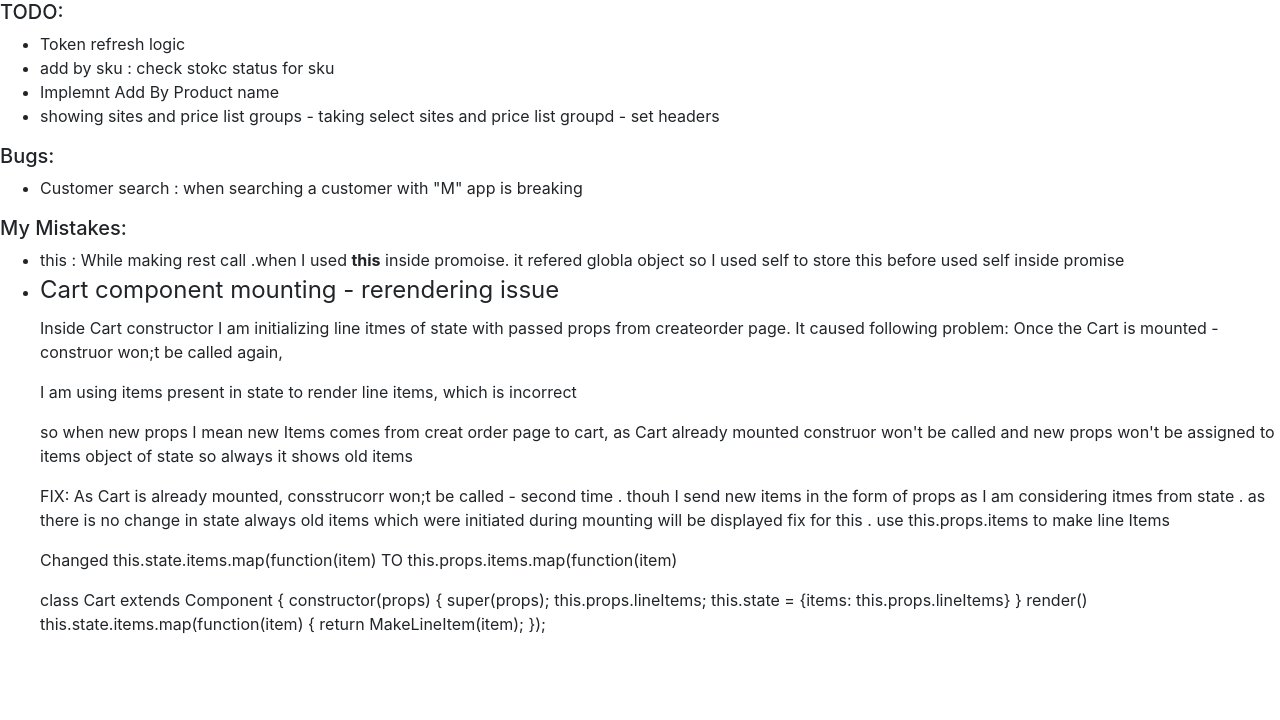
Repository: testtiger/reactagent
Page: /todo
An editor plug-in stored every save of this project. The page is shown before and after the next save, followed by the edit.
The browser window is 1280 px wide. The pictures show the whole page.
The project was rebuilt for these pictures with package versions that can differ from the ones it lists, and the page was loaded fresh each time. Also part of the build but not shown: src/components/Agent/Rest/agent-rest-client.js, src/components/Agent/Dashboard/quicklinks.jsx, src/components/Agent/Dashboard/announcements.jsx, src/components/Agent/Dashboard/recentorders.jsx, src/components/Agent/Dashboard/pendingactions.jsx, src/components/Agent/Dashboard/DashboardPage.jsx, src/components/Agent/Shared/Navigation.jsx, src/components/Agent/Login/loginpage.jsx and 12 more.

Above is the page before, as saved 2018-12-15 16:50:19.

After the next save:
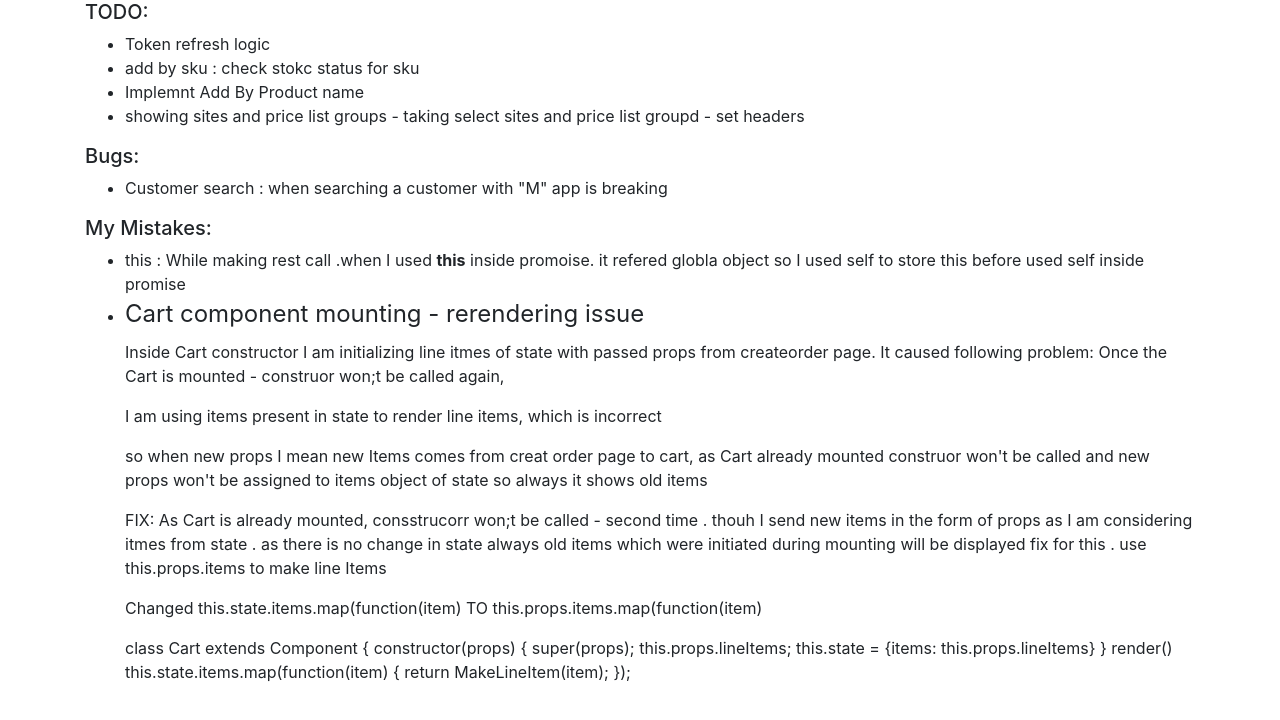
Saved 18 s later.
--- a/src/components/Agent/BugsTODO/TODO.jsx
+++ b/src/components/Agent/BugsTODO/TODO.jsx
@@ -3,7 +3,7 @@ import React, { Component } from "react";
 export default class TODO extends Component {
   render() {
     return (
-      <div>
+      <div className="container">
         <h5>TODO:</h5>
         <ul>
           <li> Token refresh logic</li>
